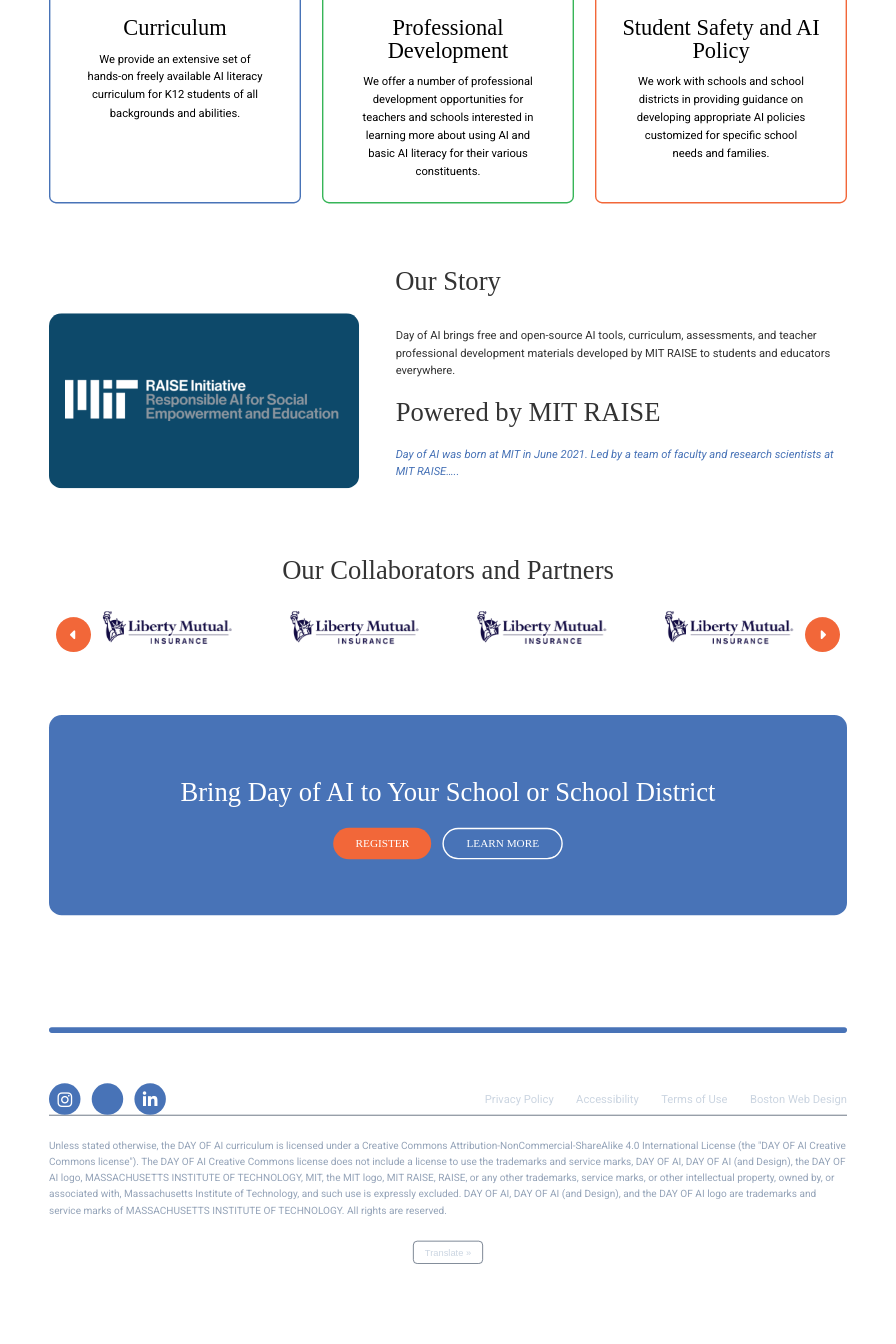
Repository: dinhtri123/dayofai
Page: index.html
These files come from the project's save history. The page is drawn as it stood at one moment and after the next save; the edit follows.
The browser window is 1280 px wide. The pictures show the part of the page from y = 1682 to 3602 px (the page is 3602 px tall), at 70% of full size.
A picture or video elsewhere on the page could not be fetched, so the positions and the page height are approximate. Some web fonts or font styles are not loaded; a fallback is used.

Above is the page before, as saved 2025-06-29 19:42:06.

After the next save:
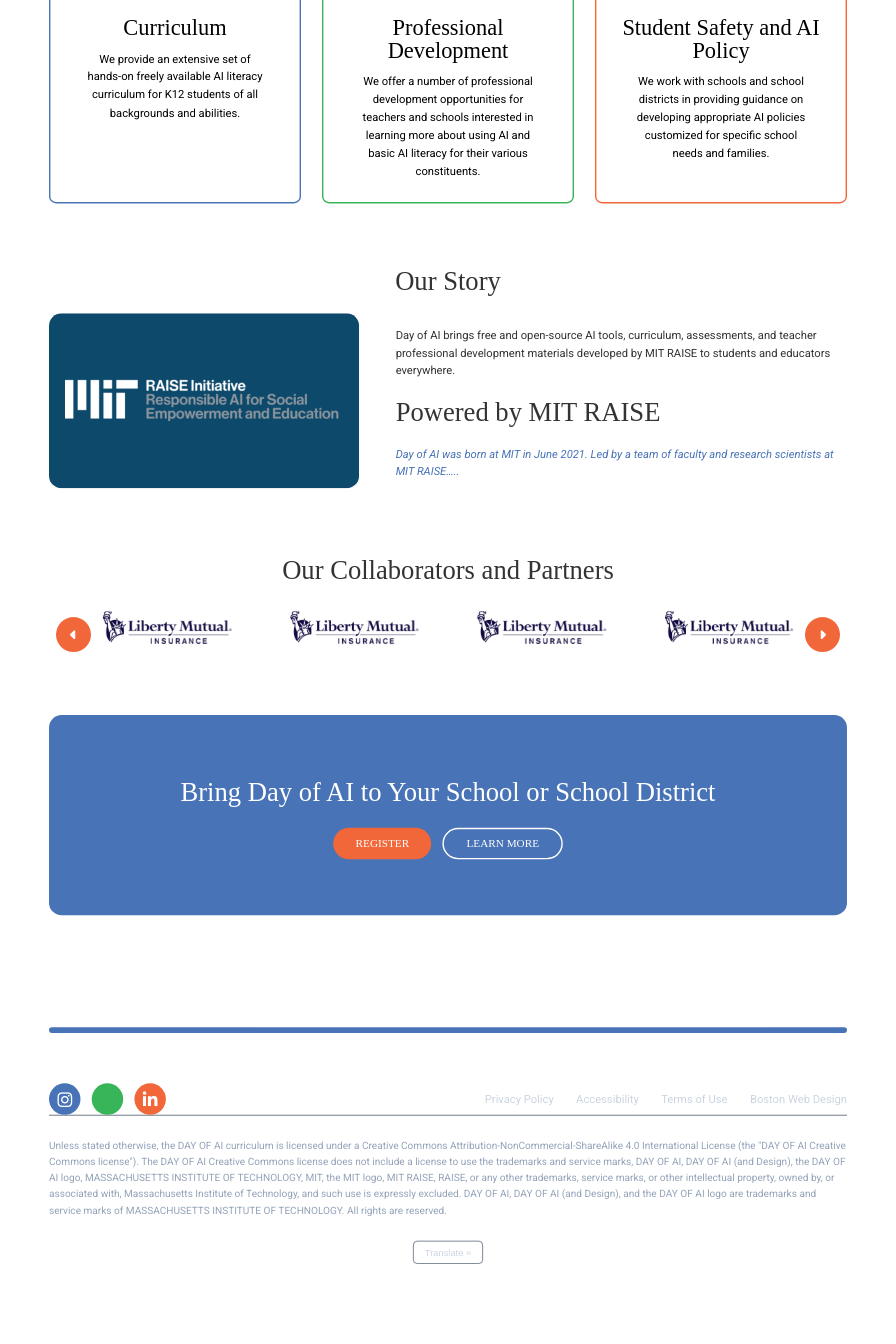
Saved 20 s later.
--- a/styles.css
+++ b/styles.css
@@ -519,6 +519,12 @@
   color: white;
   font-size: 24px;
 }
+.footer-social a:nth-child(2) {
+  background: var(--color-secondary);
+}
+.footer-social a:nth-child(3) {
+  background: var(--color-third);
+}
 
 .footer-links {
   display: flex;
